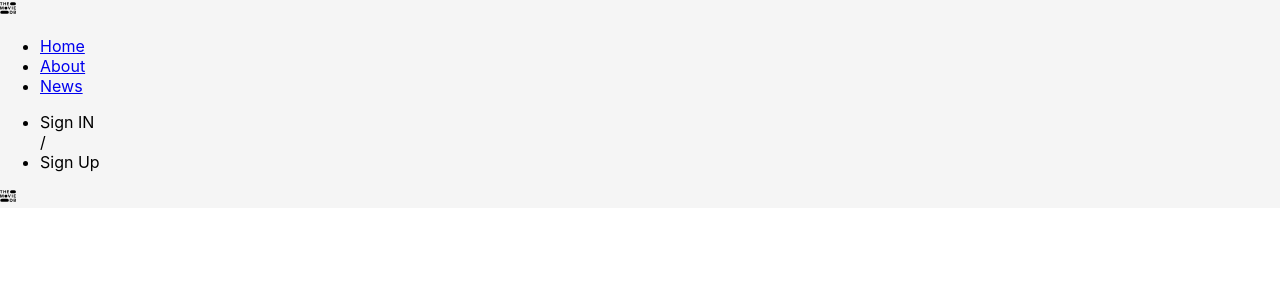
Repository: thaiduy1704/Movie
Page: /
The author's editor kept a copy of each file at every save. The page is drawn from the files as they stood at one save, then again after the next save.
The browser window is 1280 px wide. The pictures show the whole page.
The project was rebuilt for these pictures with package versions that can differ from the ones it lists, and the page was loaded fresh each time. Also part of the build but not shown: src/pages/About.js, src/pages/News.js, src/pages/Error.js.

Above is the page before, as saved 2022-07-14 12:01:58.

After the next save:
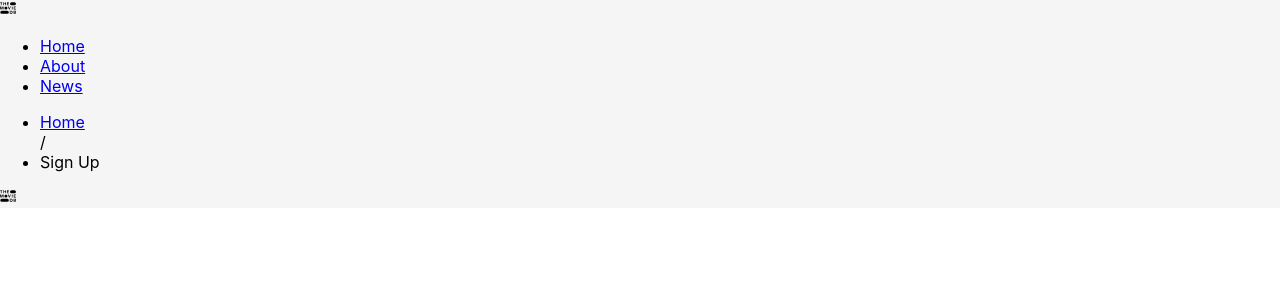
Saved 6 s later.
--- a/src/components/NavBar.js
+++ b/src/components/NavBar.js
@@ -17,7 +17,7 @@ const NavBar = () => {
             </div>
             <div>
                 <ul>
-                    <li>Sign IN</li>
+                    <li><Link to='/'>Home</Link></li>
                     <span>/</span>
                     <li>Sign Up</li>
                 </ul>
